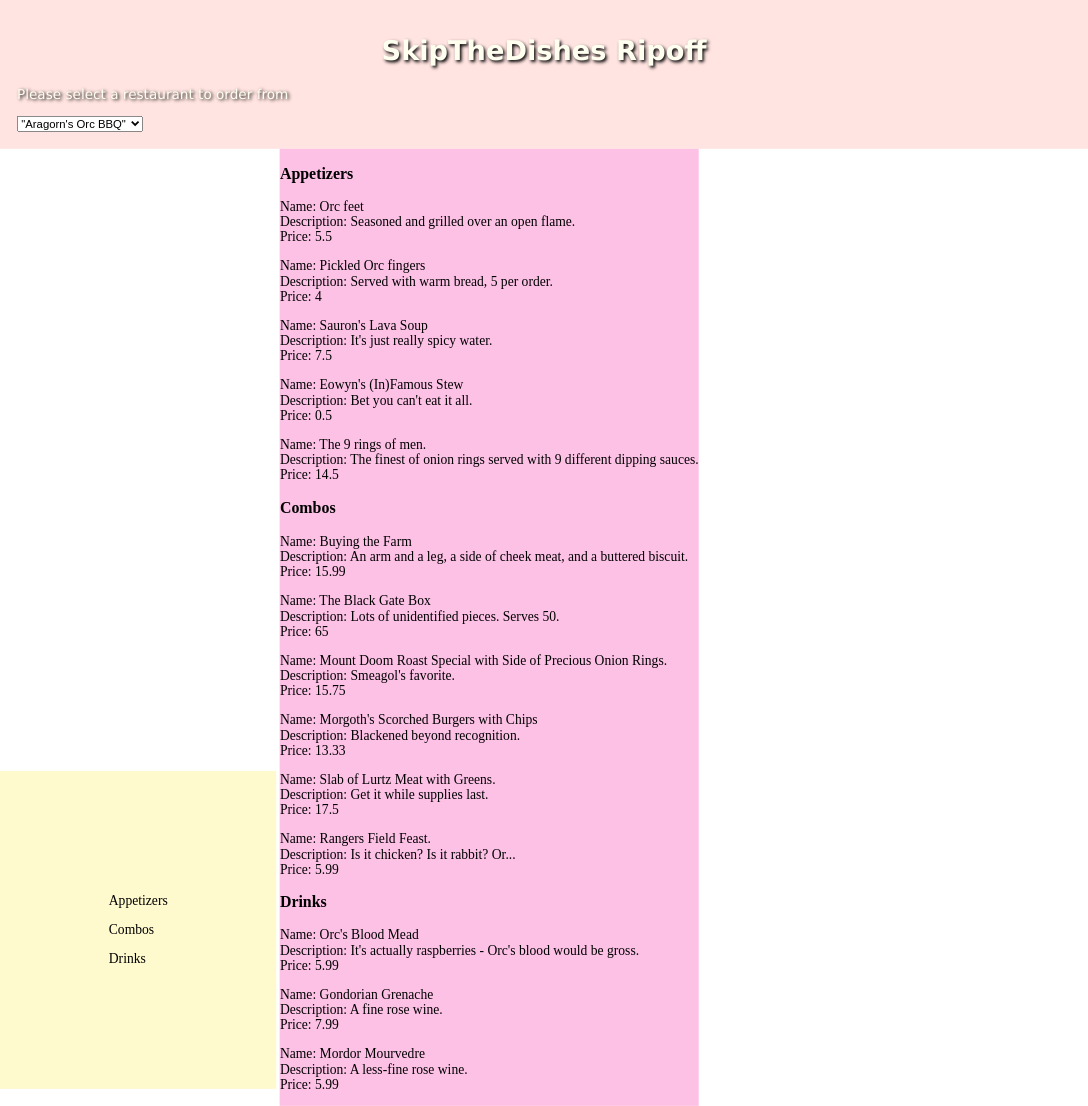
Repository: hudaali14/Carleton
Page: 2406/Assignments/Assignment1 (97)/order.html
These files come from the project's save history. The page is drawn as it stood at one moment and after the next save; the edit follows.
The browser window is 1280 px wide. The pictures show the whole page, at 85% of full size.
After loading, the first visible `#dropdown` was changed once.

Above is the page before, as saved 2020-01-25 21:09:33.
Console error: ReferenceError: para is not defined

After the next save:
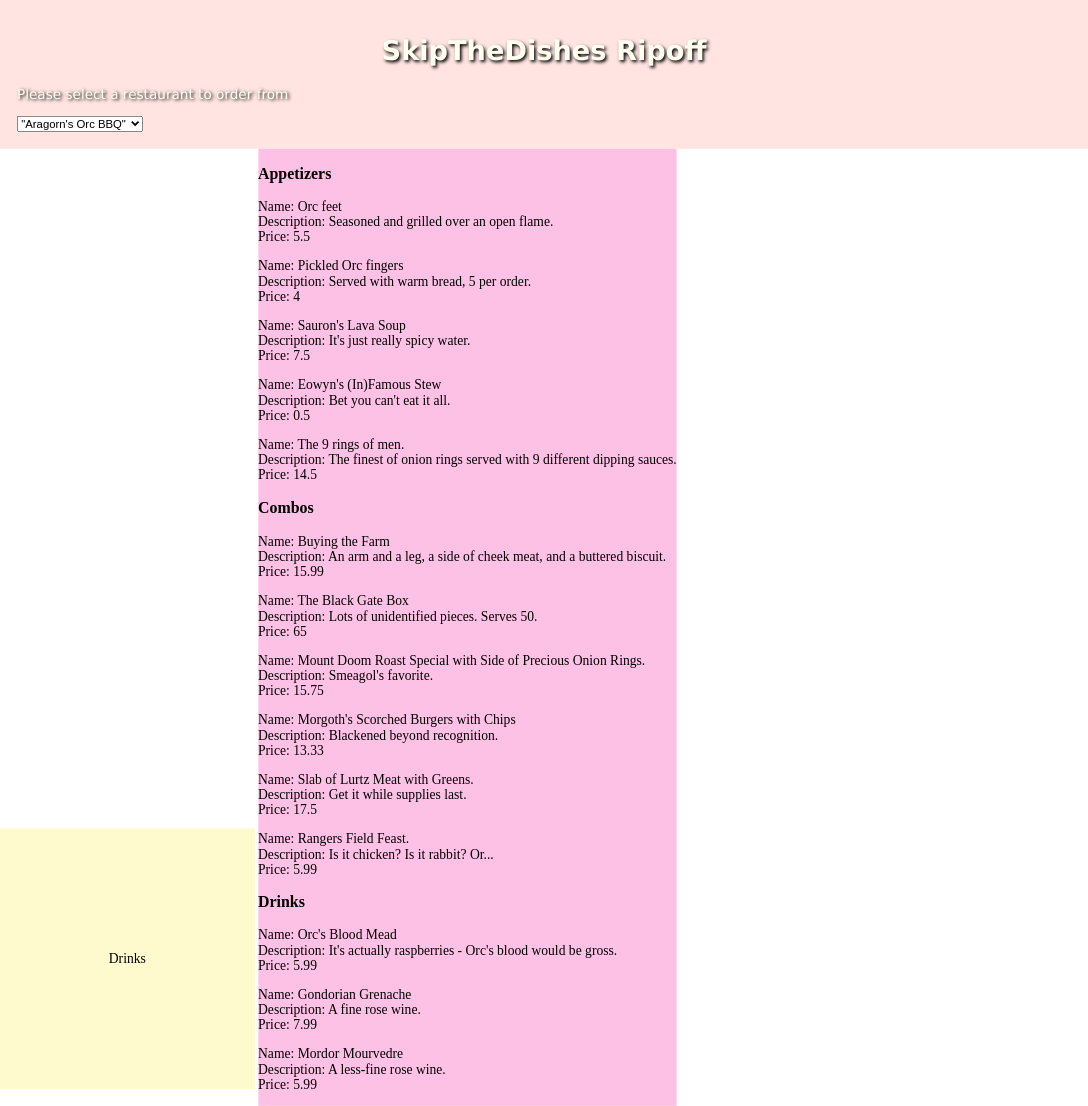
The error is gone.
Saved 68 s later.
--- a/2406/Assignments/Assignment1 (97)/client.js
+++ b/2406/Assignments/Assignment1 (97)/client.js
@@ -295,8 +295,8 @@
 	category.innerHTML="";
 	if(dropdownMenu.selectedIndex==1){
 		let aragornMenu= ["Appetizers", "Combos","Drinks"];
+		let para =document.createElement("p");
 		aragornMenu.forEach(element => {
-			let para =document.createElement("p");
 			para.innerHTML=element;
 			category.appendChild(para);
 		});
@@ -304,8 +304,8 @@
 		para.href="/Users/hudaali/Desktop/2406/assignment1#categorylink";
 	}else if(dropdownMenu.selectedIndex==2){
 		let legolasMenu=["Lembas", "Combos"];
+		let para =document.createElement("p");
 		legolasMenu.forEach(element => {
-			let para =document.createElement("p");
 			para.innerHTML=element;
 			category.appendChild(para);
 		});
@@ -314,8 +314,8 @@
 
 	}else if(dropdownMenu.selectedIndex==3){
 		let frodoMenu=["Breakfast","Second Breakfast","Elevenses","Luncheon","Afternoon Tea","Dinner","Supper"];
+		let para =document.createElement("p");
 		frodoMenu.forEach(element => {
-			let para =document.createElement("p");
 			para.innerHTML=element;
 			category.appendChild(para);
 		});
